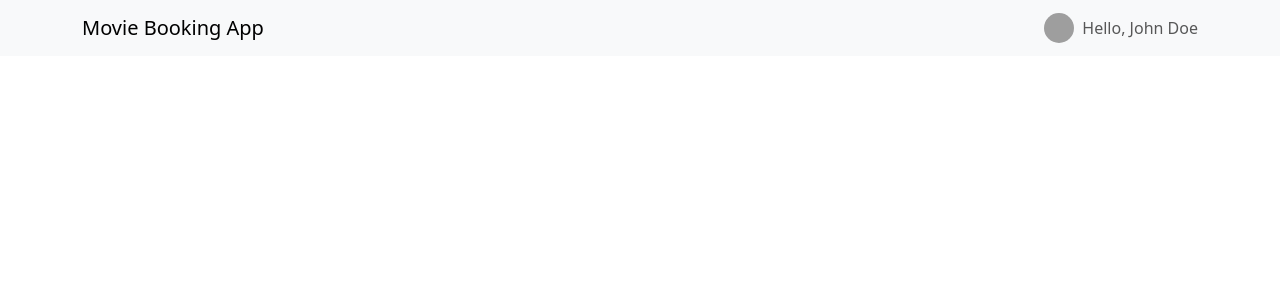
Repository: Anwithgowda/bank-app
Page: http://localhost/movie-book-app/home.jsp
These files come from the project's save history. The page is drawn as it stood at one moment and after the next save; the edit follows.
The browser window is 1280 px wide. The pictures show the whole page.
Pictures or frames that could not be fetched are drawn as grey boxes. The page is served by Tomcat 10.

Above is the page before, as saved 2024-02-26 12:31:46.

After the next save:
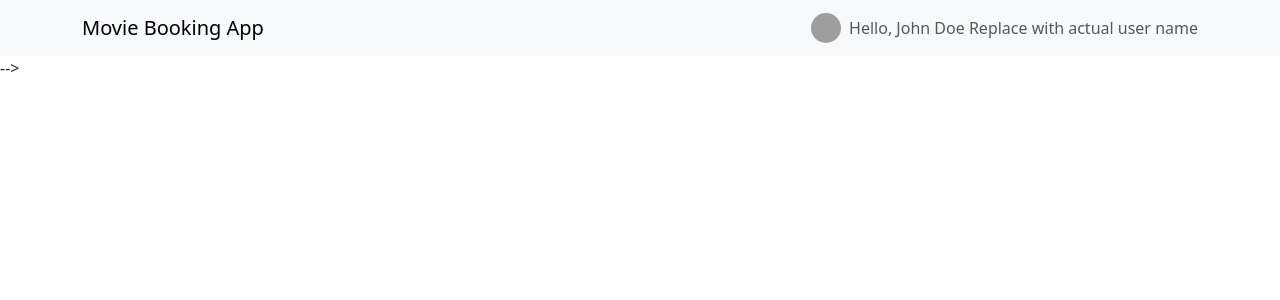
Saved 2 min 14 s later.
--- a/movieapp/movie-book-app/src/main/webapp/home.jsp
+++ b/movieapp/movie-book-app/src/main/webapp/home.jsp
@@ -14,15 +14,15 @@
     <div class="container">
         <a class="navbar-brand" href="#">Movie Booking App</a>
 
-        <!-- User info (replace with actual user data) -->
+       <!--  <!-- User info (replace with actual user data) -->
         <div class="d-flex align-items-center">
             <img src="path/to/user/photo.jpg" alt="User Photo" width="30" height="30" class="rounded-circle me-2">
             <span class="navbar-text">
-                Hello, John Doe <!-- Replace with actual user name -->
+                Hello, John Doe Replace with actual user name
             </span>
         </div>
     </div>
-</nav>
+</nav> -->
 
 <div class="container mt-4">
     <div class="row">
